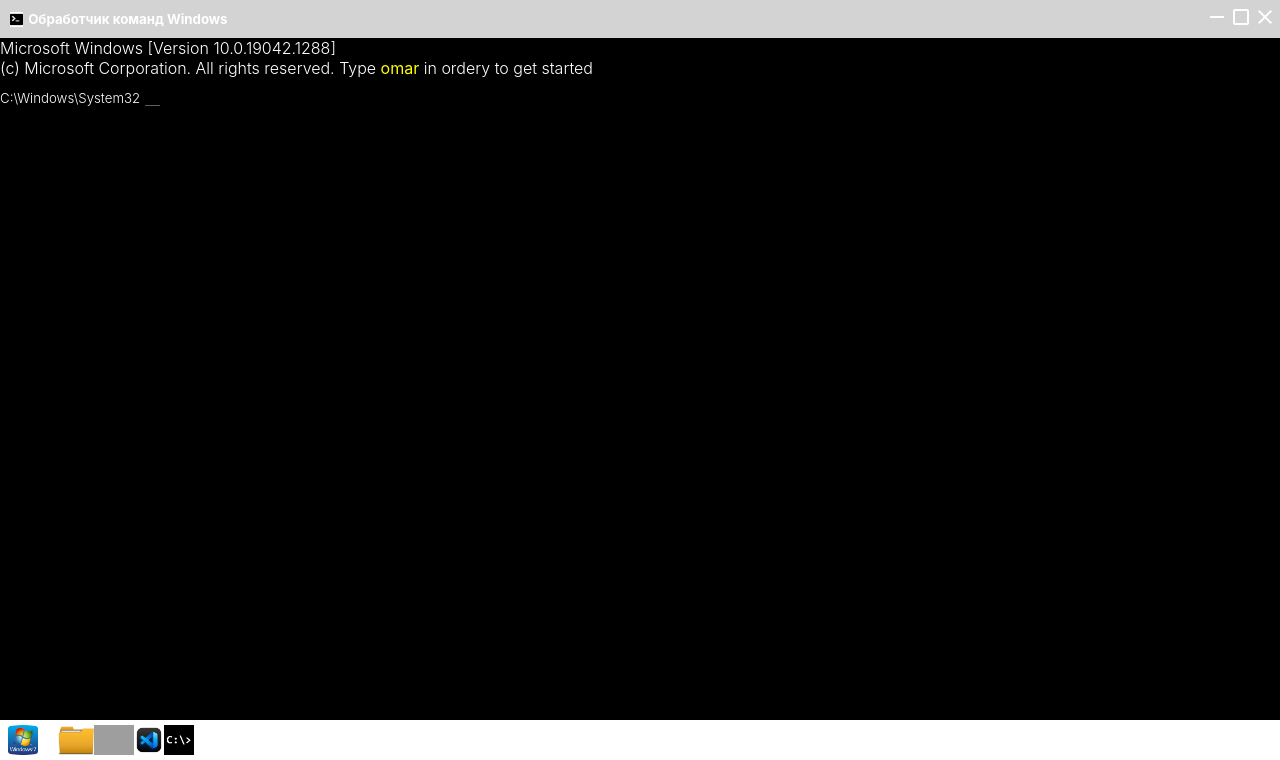
Repository: om1ars/cmd-port
Page: /
An editor plug-in stored every save of this project. The page is shown before and after a run of saves, followed by the edit.
The browser window is 1280 px wide. The pictures show the whole page.
Pictures or frames that could not be fetched are drawn as grey boxes. The project was rebuilt for these pictures with package versions that can differ from the ones it lists, and the page was loaded fresh each time.

Above is the page before, as saved 2021-11-04 17:03:48.

### src/index.css
* {
  margin: 0;
  overflow-x: hidden;
}
body {
  margin: 0;
  font-family: -apple-system, BlinkMacSystemFont, 'Segoe UI', 'Roboto', 'Oxygen',
    'Ubuntu', 'Cantarell', 'Fira Sans', 'Droid Sans', 'Helvetica Neue',
    sans-serif;
  -webkit-font-smoothing: antialiased;
  -moz-osx-font-smoothing: grayscale;
}

code {
  font-family: source-code-pro, Menlo, Monaco, Consolas, 'Courier New',
    monospace;
}

### src/App.js
import { Close, CropSquare, Fastfood, Remove } from "@material-ui/icons";
import { useState } from "react";
import cmd from "./assets/cdm3.png";
import { Footer } from "./Footer";
import "./styles.css";

function App() {
  const [state, setState] = useState("");
  const [stateSecond, setStateSecond] = useState("");
  const [omar, setOmar] = useState("");
  const [please, setPlease] = useState("");
  const [port, setPort] = useState("");
  const [about, setAbout] = useState("");
  const [exit, setExit] = useState("");
  const [shrink, setShrink] = useState(false);
  const [closeIcon, setCloseIcon] = useState(false);

  console.log(state);

  const handleSubmit = (e) => {
    e.preventDefault();
    setState("");
  };

  const handleSubmitSecond = (e) => {
    e.preventDefault();
    setStateSecond("");
  };

  const handleClick = () => {
    if (state === "omar") {
      setOmar("omar");
      setPlease("");
    } else if (state === "") {
      setPlease("Please type something otherwise you can not see anything");
      setOmar("");
    }
  };
  const handleClickSecond = () => {
    if (stateSecond === "exit") {
      setExit("exited");
      setAbout("");
      setPort("");
    } else if (stateSecond === "port") {
      setPort("port");
      setAbout("");
      setExit("");
    } else if (stateSecond === "about") {
      setPort("about");
      setAbout("");
      setExit("");
    }
  };

  const handleShrink = () => {
    setShrink(!shrink);
  };

  const handleCloseIcon = () => {
    setCloseIcon(!closeIcon);
  };

  return (
    <>
    <div
      className={`App__container ${shrink && `shrink`} ${closeIcon && `close`}`}
    >
      <div className="App__navbar">
        <div className="left">
          <img src={cmd} />
          <h5>Обработчик команд Windows</h5>
        </div>
        <div className="right">
          <Remove />
          <CropSquare onClick={handleShrink} />
          <Close onClick={handleCloseIcon} />
        </div>
      </div>
      <div className="app__context">
        <p>
          Microsoft Windows [Version 10.0.19042.1288] <br /> (c) Microsoft
          Corporation. All rights reserved. Type <span> omar </span> in ordery
          to get started
        </p>
        <h5>
          C:\Windows\System32
          <form onSubmit={handleSubmit}>
            <input
              value={state}
              onChange={(e) => setState(e.target.value)}
              type="text"
              placeholder="__"
            />
            <button type="submit" onClick={handleClick}></button>
          </form>
        </h5>
        {please && <h1>{please}</h1>}
        {omar && (
          <div className="second__layer">
            <h1>My name is Omar and I am a Fullstack Developer</h1>
            <p>
              Type <span>port</span> to get my portfolio
            </p>
            <p>
              Type <span>about</span> to get about me
            </p>
            <p>
              Type <span>exit</span> to quit
            </p>
            <h5>
              C:\Windows\System32
              <form onSubmit={handleSubmitSecond}>
                <input
                  value={stateSecond}
                  onChange={(e) => setStateSecond(e.target.value)}
                  type="text"
                  placeholder="__"
                />
                <button type="submit" onClick={handleClickSecond}></button>
              </form>
            </h5>
          </div>
        )}
        {port && <p className="">{port}</p>}
        {about && <p className="">{about}</p>}
        {exit && <p className="">{exit}</p>}
      </div>
    </div>
    <Footer />
    </>
  );
}

export default App;

### src/Footer.js
import React from "react";
import cdm from  "./assets/cdm.png";
import vs from "./assets/vs.jpg";
import google from "./assets/google.png";
import folderd from "./assets/folderd.jpg";
import windows from "./assets/windows.jpg";

export const Footer = () => {
  return (
    <div className="footer">
      <div className="icons">
        <img className='windows' src={windows} />
        <img src={folderd} />
        <img src={google} />
        <img src={vs} />
        <img src={cdm} />
      </div>
      <div className="hours"></div>
    </div>
  );
};

### src/styles.css
.App__container {
  background-color: black;
  min-height: 100vh;
  color: white;
}
.App__navbar {
  /* height: 25px; */
  width: 99%;
  padding-right: 25px;
  background-color: lightgray;
  padding-left: 10px;
  padding-top: 5px;
  display: flex;
  padding-bottom: 5px;
  align-items: center;
}
.App__navbar > h5 {
  color: black;
}
.left {
  display: flex;
  align-items: center;
}
.left > img {
  height: 15px;
  margin-right: 5px;
  object-fit: contain;
}

.app__context > p {
  font-weight: 300;
}
.app__context > h5 {
  margin-top: 12px;
  font-weight: 300;
  margin-right: 5px;
}

input {
  border: none;
  outline: none;
  width: 80%;
  background-color: black;
}
input {
  color: yellow;
  margin-left: 3px;
}
button {
  display: none;
}
.app__context > h5 {
  display: flex;
}
.app__context > p > span {
  color: yellow;
  font-weight: 400;
}
.App__navbar {
  display: flex;
  align-items: center;
  justify-content: space-between;
}
.please {
  color: yellow;
  font-weight: 400;
}

.second__layer {
  display: flex;
  flex-direction: column;
}
.second__layer > p > span {
  color: yellow;
  font-weight: 400;
  margin-bottom: 10px;
}

.second__layer > h5 {
  margin-top: 25px;
}
.shrink {
  width: 800px;
  min-height: 500px;
  margin: auto;
}
.close {
  display: none;
}

.footer {
  display: flex;
  justify-content: space-between;
  align-items: center;
  padding: 5px 8px;
}
.icons {
  display: flex;
  align-items: center;
}
.icons > img {
  height: 30px;
  object-fit: contain;
}
.windows {
  margin-right: 20px;
}

Loaded but not shown: public/index.html (common file); src/index.js (common file)

After the next 4 saves:
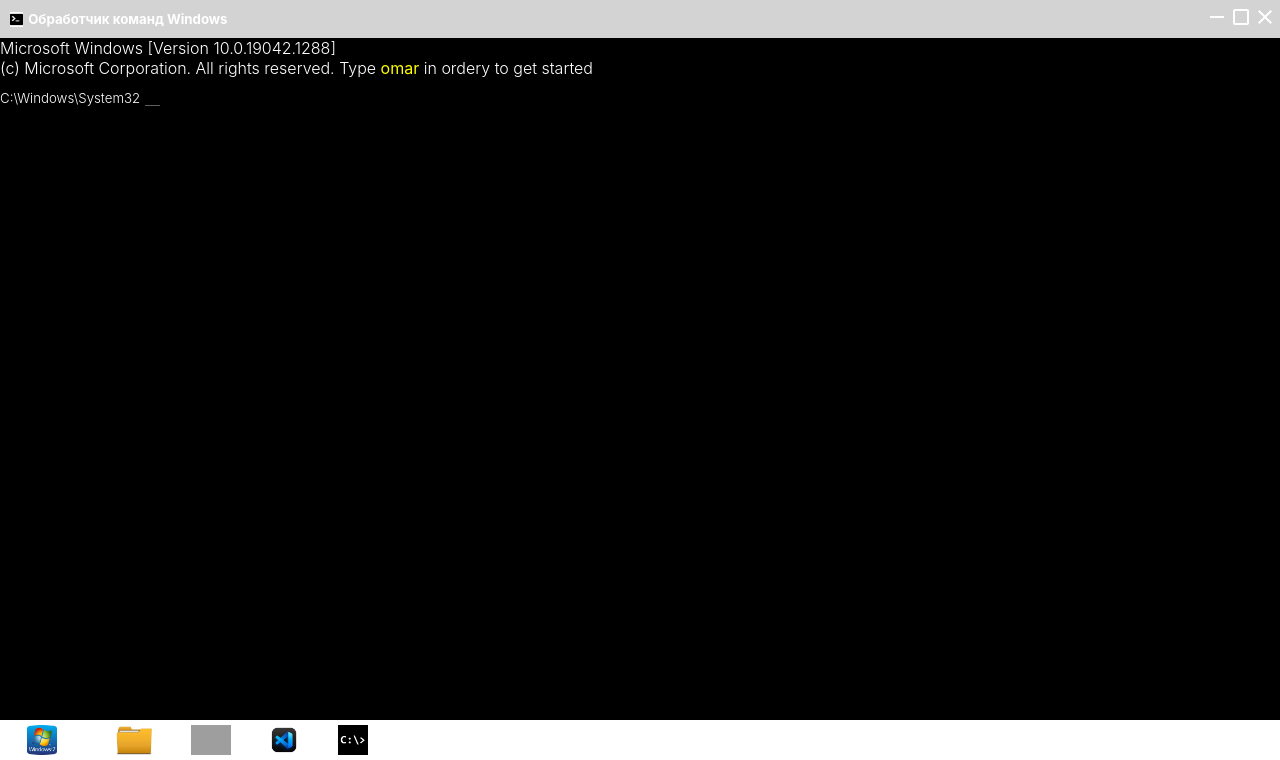
The 4 saves are shown as one change because they came seconds apart.
The last was saved 12 s later.
--- a/src/styles.css
+++ b/src/styles.css
@@ -97,6 +97,8 @@
 .icons {
   display: flex;
   align-items: center;
+  justify-content: space-around;
+  flex: .3;
 }
 .icons > img {
   height: 30px;
